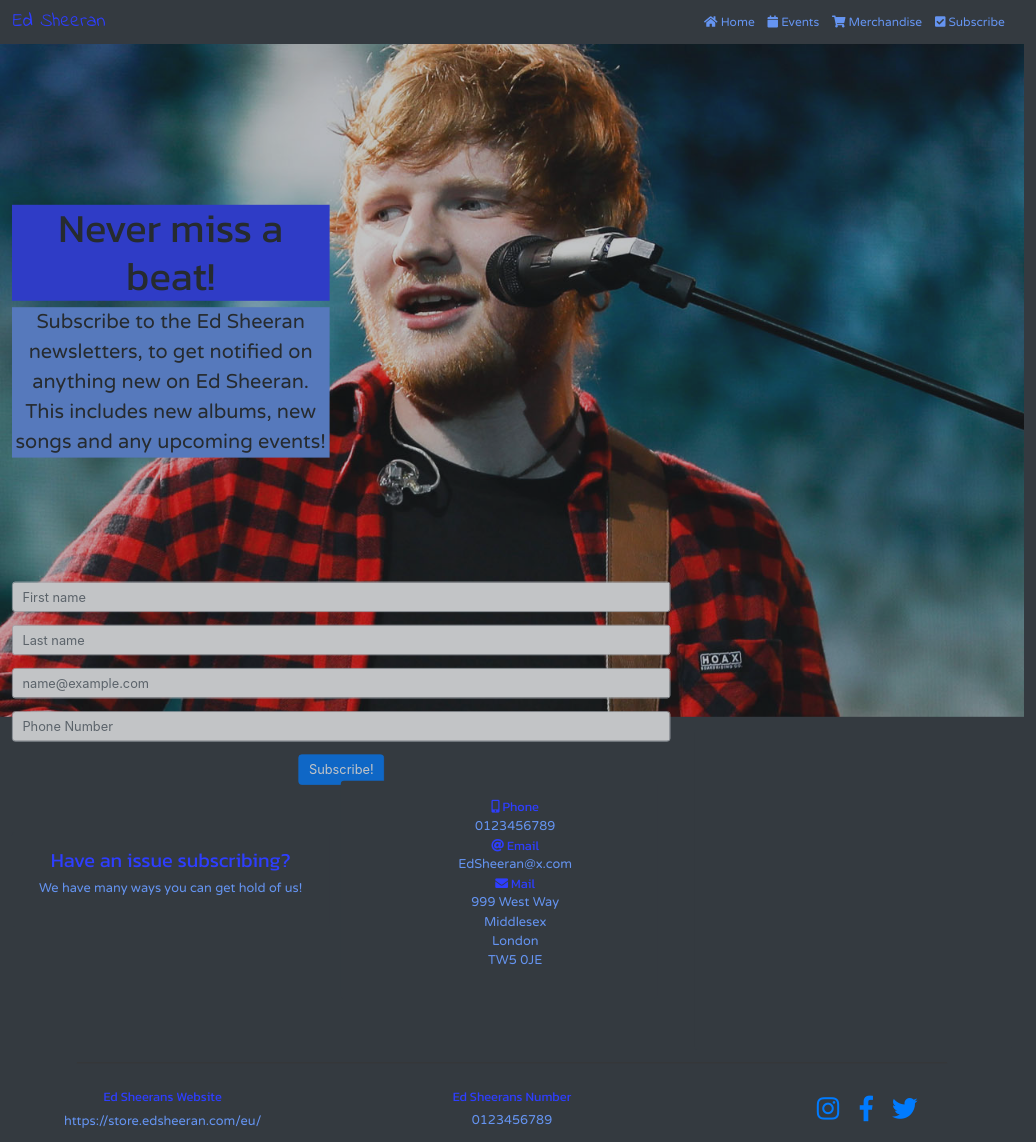
Repository: amit238/milestone-project-1
Page: subscribe.html
The author's editor kept a record of every edit. The page is drawn from the files as they stood at one moment, then again after the next edit.
The browser window is 1280 px wide. The page is 1295 px wide, so the pictures cover 1295 px, including what lies to the right of the window. The pictures show the whole page, at 80% of full size.
Pictures or frames that could not be fetched are drawn as grey boxes. Some web libraries are served in a nearby version.

Above is the page before.

### subscribe.html
<!DOCTYPE html>
<html lang="en">

<head>
  <meta charset="UTF-8">
  <meta name="viewport" content="width=device-width, initial-scale=1.0">
  <meta http-equiv="X-UA-Compatible" content="ie=edge">
  <link rel="stylesheet" href="https://maxcdn.bootstrapcdn.com/bootstrap/4.2.1/css/bootstrap.min.css" type="text/css" />
  <link rel="stylesheet" href="https://use.fontawesome.com/releases/v5.0.10/css/all.css" integrity="sha384-+d0P83n9kaQMCwj8F4RJB66tzIwOKmrdb46+porD/OvrJ+37WqIM7UoBtwHO6Nlg" crossorigin="anonymous">
  <link href="https://fonts.googleapis.com/css?family=Indie+Flower|Kanit|Varela+Round&display=swap" rel="stylesheet">
  <link rel="stylesheet" href="assets/css/style.css">
  <title>Ed Sheeran - User Centric Frontend Project</title>
</head>

<body>
  <nav class="navbar fixed-top navbar-expand-lg navbar-dark bg-dark">
    <a class="edsheeran-brand">Ed Sheeran</a>
    <button type="button" class="navbar-toggler" data-toggle="collapse" data-target="#main-menu" aria-expanded="true">
                <span class="navbar-toggler-icon"></span>
            </button>
    <div id="main-menu" class="navbar-collapse collapse">
      <ul class="navbar-nav ml-auto">
        <li class="nav-item active"><a class="nav-link" href="index.html"><i class="fas fa-home"></i> Home</a></li>
        <li class="nav-item"><a class="nav-link" href="events.html"><i class="fas fa-calendar"></i> Events</a></li>
        <li class="nav-item"><a class="nav-link" href="merchandise.html"><i class="fas fa-shopping-cart"></i> Merchandise</a></li>
        <li class="nav-item"><a class="nav-link" href="subscribe.html"><i class="fas fa-check-square"></i> Subscribe</a></li>
      </ul>
    </div>
  </nav>
  <div class="container-fluid marg">
    <div class="row sub-background">
      <div class="col-12 col-lg-4 sub-title">
        <h2 class="sub-head">Never miss a beat!</h2>
        <p class="sub-para">Subscribe to the Ed Sheeran newsletters, to get notified on anything new on Ed Sheeran. This includes new albums, new songs and any upcoming events!</p>
      </div>
      <form>
      <div class="col-12 col-lg-8 sub-form">
        <div class="form">
          <input type="text" class="form-control" placeholder="First name" required>
        </div>
        <div class="form">
          <input type="text" class="form-control" placeholder="Last name" required>
        </div>
        <div class="form">
          <input type="email" class="form-control" placeholder="name@example.com" required>
        </div>
        <div class="form">
          <input type="tel" class="form-control" placeholder="Phone Number" required>
        </div>
        <div class="sub-btn">
          <button type="submit" value="Submit" class="btn btn-primary">Subscribe!</button>
        </div>
      </div>
      </form>
    </div>
    <div class="row">
      <div class="col-12 col-xl-4">
        <div class="card border-0 sub-card-issue">
          <div class="card-body">
            <h2 class="blue">Have an issue subscribing?</h2>
            <p class="lg-blue">We have many ways you can get hold of us!</p>
          </div>
        </div>
      </div>
      <div class="col-12 col-xl-4">
        <div class="card border-0 sub-card-list">
          <div class="card-body">
            <ul style="list-style-type:none;">
              <li class="phone-li blue"><i class="fas fa-mobile-alt"></i> Phone</li>
              <li class="lg-blue">0123456789</li>
              <li class="email-li blue"><i class="fas fa-at"></i> Email</li>
              <li class="lg-blue">EdSheeran@x.com</li>
              <li class="mail-li blue"><i class="fas fa-envelope"></i> Mail</li>
              <li class="lg-blue"> 999 West Way<br>Middlesex<br>London<br>TW5 0JE</li>
            </ul>
          </div>
        </div>
      </div>
      <div class="col-12 col-xl-4">
        <div class="card border-0 sub-card-map">
          <div class="card-body">
            <div class="map">
              <iframe src="https://www.google.com/maps/embed?pb=!1m18!1m12!1m3!1d1242.4398478828675!2d-0.3792974417850457!3d51.478722515402154!2m3!1f0!2f0!3f0!3m2!1i1024!2i768!4f13.1!3m3!1m2!1s0x487672d314a1f8fb%3A0xa3a28ac1fe2c6e26!2sWest%20Way%2C%20Hounslow%20TW5%200JE!5e0!3m2!1sen!2suk!4v1579207009140!5m2!1sen!2suk"
                height="100%" width="100%" frameborder="0" style="border:0;" allowfullscreen=""></iframe>
            </div>
          </div>
        </div>
      </div>
    </div>
  </div>
  <hr>
  <footer class="sub-footer">
    <div class="row">
      <div class="col-sm-4">
        <h6 class=footer-header>Ed Sheerans Website</h6>
        <a href="https://store.edsheeran.com/eu/" target="_blank" class=footer-p>https://store.edsheeran.com/eu/</a>
      </div>
      <div class="col-sm-4">
        <h6 class=footer-header>Ed Sheerans Number</h6>
        <p class=footer-p>0123456789</p>
      </div>
      <div class="col-sm-4">
        <ul class="list-inline social-links">
          <li class="list-inline-item"><a target="_blank" href="https://www.facebook.com"><i></i></a>
          </li>
          <li class="list-inline-item"><a target="_blank" href="https://www.instagram.com/teddysphotos/?hl=en"><i class="fab fa-instagram fa-2x fa-fw"></i></a>
            <li class="list-inline-item"><a target="_blank" href="https://en-gb.facebook.com/EdSheeranMusic"><i class="fab fa-facebook-f fa-2x fa-fw"></i></a>
              <li class="list-inline-item"><a target="_blank" href="https://twitter.com/edsheeran?lang=en"><i class="fab fa-twitter fa-2x fa-fw"></i></a>
              </li>
        </ul>
      </div>
    </div>
  </footer>
  <script src="https://code.jquery.com/jquery-3.3.1.slim.min.js" integrity="sha384-q8i/X+965DzO0rT7abK41JStQIAqVgRVzpbzo5smXKp4YfRvH+8abtTE1Pi6jizo" crossorigin="anonymous"></script>
  <script src="https://cdnjs.cloudflare.com/ajax/libs/popper.js/1.14.6/umd/popper.min.js" integrity="sha384-wHAiFfRlMFy6i5SRaxvfOCifBUQy1xHdJ/yoi7FRNXMRBu5WHdZYu1hA6ZOblgut" crossorigin="anonymous"></script>
  <script src="https://stackpath.bootstrapcdn.com/bootstrap/4.2.1/js/bootstrap.min.js" integrity="sha384-B0UglyR+jN6CkvvICOB2joaf5I4l3gm9GU6Hc1og6Ls7i6U/mkkaduKaBhlAXv9k" crossorigin="anonymous"></script>
</body>

</html>

### assets/css/style.css
body {
    background-color: #343A40;
}


/*--------------------NAVBAR--------------------*/

.navbar.navbar-expand-lg.navbar-dark.bg-dark .edsheeran-brand {
    font-family: 'Indie Flower', cursive;
    color: #2E3EFF;
    font-size: 150%;
}

.navbar.navbar-expand-lg.navbar-dark.bg-dark .nav-link {
    font-family: 'Varela Round', sans-serif;
    color: #6594F1;
    font-size: 15px;
}

/*------------Navbar margin------------*/

.container-fluid {
    margin-top: 3em;
}

.marg {
    margin-top: 1em;
}


/*--------------------INDEX--------------------*/

/*-------------Carousel---------------*/

#carouselExampleCaptions {
    margin-top: 3em;
}

/*-----------About/Audio/Album Section------------*/

.card-title {
    font-family: 'Kanit', sans-serif;
}

.card-text {
    font-family: 'Varela Round', sans-serif;
}

.about-card {
    text-align: center;
    color: #2E3EFF;
    background-color: #343A40;
}


.audio-card {
    margin-top: 2em;
    text-align: center;
    color: #2E3EFF;
    background-color: #343A40;
}

.album-card {
    margin-top: 2em;
    text-align: center;
    color: #2E3EFF;
    background-color: #343A40;
    height: 14.8em;
}

.card-text {
    color: #6594F1;
}


/*-------------------------Events-------------------------*/

.hyper-colour {
    color: #6594F1;
}

h1 {
    font-size: 25px;
}

h2 {
    font-size: 25px;
}

h3 {
    font-size: 25px;
}

.events-left {
    font-family: 'Kanit', sans-serif;
    text-align: center;
    margin-left: 0em;
    margin-top: 2em;
    color: #6594F1;
    background-color: #343A40;
    width: 80%;
    opacity: 1;
}

.events-right {
    font-family: 'Varela Round', sans-serif;
    text-align: center;
    margin-top: 1em;
    color: #6594F1;
    background-color: #343A40;
    width: 100%;
}


.events-leeds {
    background-image: url("../images/roundhay.png");
    background-repeat: no-repeat;
    opacity: 0.7;
}

.events-leeds:hover {
    opacity: 2;
    transition-duration: 1.5s;
}


.events-london {
    background-image: url("../images/wembley.png");
    background-repeat: no-repeat;
    opacity: 0.7;
}

.events-london:hover {
    opacity: 1;
    transition-duration: 1.5s;
}

.events-ipswich {
    background-image: url("../images/ipswich.png");
    background-repeat: no-repeat;
    opacity: 0.7;
}

.events-ipswich:hover {
    opacity: 1;
    transition-duration: 1.5s;

}

.events-madrid {
    background-image: url("../images/madrid.png");
    background-repeat: no-repeat;
    opacity: 0.7;
}

.events-madrid:hover {
    opacity: 1;
    transition-duration: 1.5s;
}


.events-lyon {
    background-image: url("../images/lyon.png");
    background-repeat: no-repeat;
    opacity: 0.7;
}

.events-lyon:hover {
    opacity: 1;
    transition-duration: 1.5s;

}

.events-lisbon {
    background-image: url("../images/lisbon.png");
    background-repeat: no-repeat;
    opacity: 0.7;
}

.events-lisbon:hover {
    opacity: 1;
    transition-duration: 1.5s;

}


@media only screen and (min-width: 599px) {
    .events-left {
        width: 40%;
        margin-left: 5em;
    }
    .events-right {
        width: 100%;
        margin-top: 1em;
    }
}


/*----------------------Merchandise-----------------------*/

.best-sellers {
    font-family: 'Kanit', sans-serif;
    text-decoration: underline;
    text-align: center;
    color: #6594F1;
    font-weight: 600;
    font-size: 30px;
    margin: 1em;
}

.latest-release {
    font-family: 'Kanit', sans-serif;
    text-decoration: underline;
    text-align: center;
    color: #6594F1;
    font-weight: 600;
    font-size: 30px;
    margin: 1em;
}

.card-title {
    font-family: 'Kanit', sans-serif;
    color: #2E3EFF;
}

.card-merch {
    font-family: 'Varela Round', sans-serif;
    background-color: #343A40;
    text-align: center;
    margin: 1em;
}

@media only screen and (min-width: 768px) {
    .card-merch {
        margin: 0em;
    }
}


/*---------------------------Subscribe---------------------------*/

.sub-background {
    background-image: url("../images/ed-sheeran-singing.jpg");
    background-repeat: no-repeat;
    background-position: top;
    opacity: 0.7;
    height: 55em;
}

.sub-title {
    position: relative;
    top: 5em;
}

.sub-head {
    font-family: 'Kanit', sans-serif;
    text-align: center;
    font-size: 50px;
    background-color: #2E3EFF;
}

.sub-para {
    font-family: 'Varela Round', sans-serif;
    text-align: center;
    font-size: 25px;
    background-color: #6594F1;
}


form {
    width: 100%;
    text-align: center;
    padding: 0;
    margin: 0;
}

.form {
    padding-top: 1em;
}

.sub-btn {
    padding-top: 1em;
}



.sub-background:hover {
    opacity: 1;
    transition-duration: 2s;
}

@media only screen and (min-width: 769px) {
    .sub-title {
        position: relative;
        top: 15em;
    }

    .sub-form {
        position: relative;
        top: 14em;
    }
}

/*@media only screen and (min-width: 769px) {*/

/*--------------Subscribe - Second Part--------------*/

.sub-card-issue {
    text-align: center;
    background-color: #343A40;
    margin-top: 1em;
}

.blue {
    font-family: 'Kanit', sans-serif;
    color: #2E3EFF;
}

.lg-blue {
    font-family: 'Varela Round', sans-serif;
    color: #6594F1;
}

.sub-card-list {
    position: relative;
    right: 1em;
    text-align: center;
    background-color: #343A40;
    margin-top: 1em;
}

.sub-card-map {
    text-align: center;
    background-color: #343A40;
    margin-top: 1em;
}

.map {
    height: 50vh;
}


@media only screen and (min-width: 1199px) {
    .sub-card-issue {
        margin-top: 9em;
    }
    .sub-card-list {
        margin-top: 5em;
    }
}

/*-------------------------Footer----------------------------*/

footer {
    text-align: center;
}

hr {
    background: #3A3A3A;
    width: 85%;
}

.footer-header {
    font-family: 'Kanit', sans-serif;
    color: #2E3EFF;
    margin-top: 1em;
}

.list-inline {
    margin-top: 1.5em;
}

.footer-p {
    font-family: 'Varela Round', sans-serif;
    color: #6594F1;
}

After the next edit:
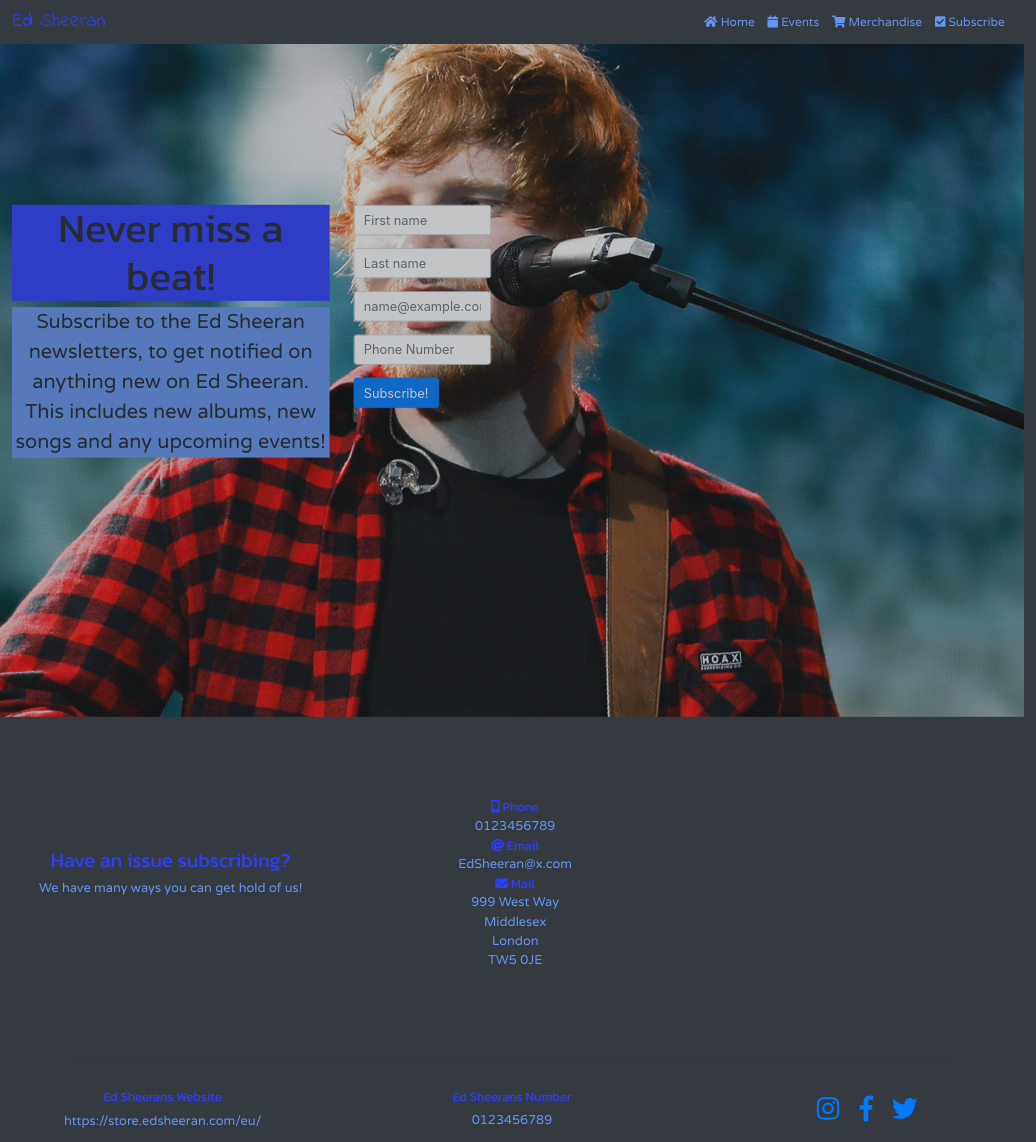
The edit:
--- a/assets/css/style.css
+++ b/assets/css/style.css
@@ -266,13 +266,15 @@
     background-color: #6594F1;
 }
 
-
-form {
-    width: 100%;
-    text-align: center;
-    padding: 0;
-    margin: 0;
-}
+/*.sub-form {*/
+/*    width:100%;*/
+/*}*/
+/*form {*/
+/*    width: 100%;*/
+/*    text-align: center;*/
+/*    padding: 0;*/
+/*    margin: 0;*/
+/*}*/
 
 .form {
     padding-top: 1em;
